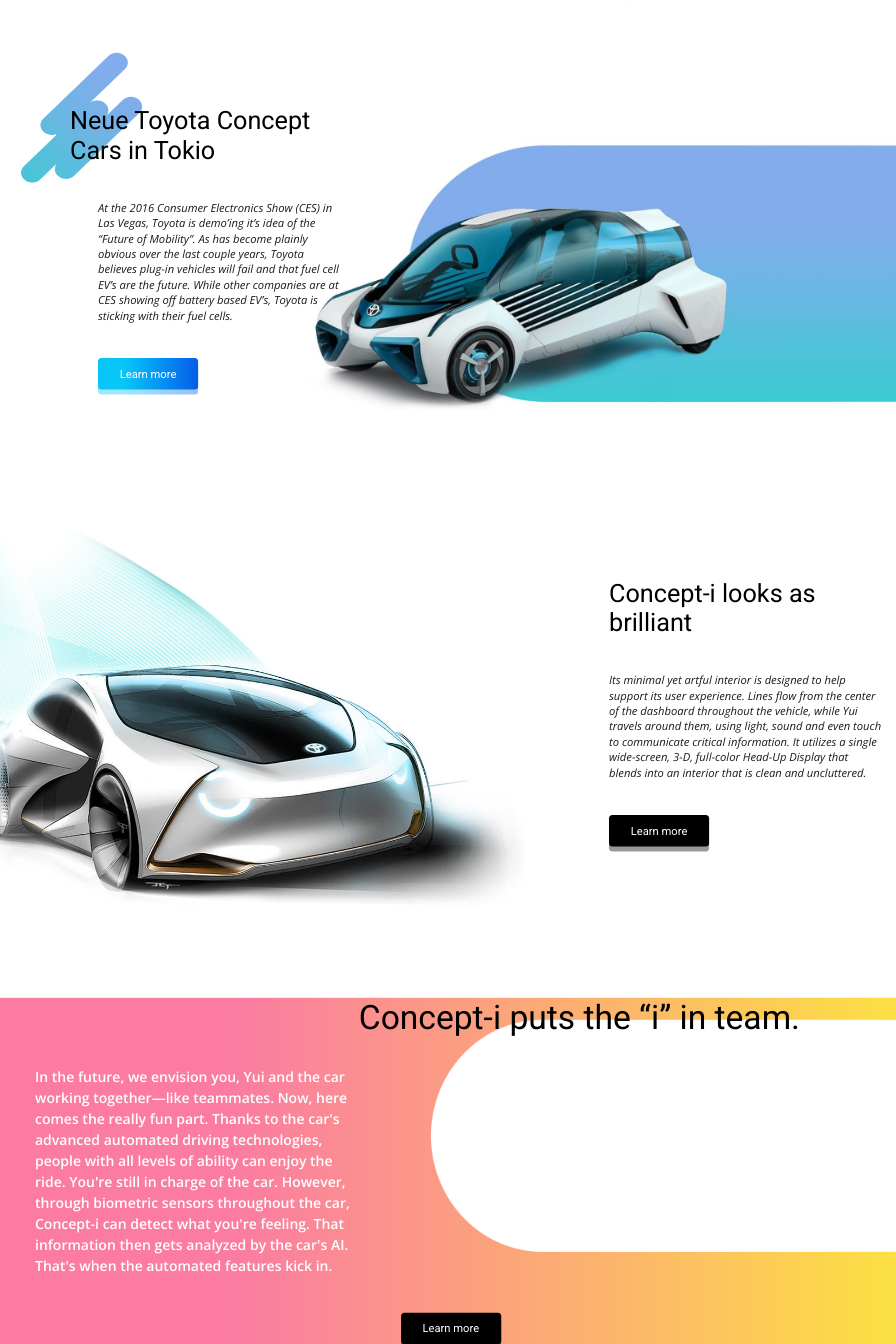
Repository: ThanhThn/Moto-Toyota
Page: index.html
An editor plug-in stored every save of this project. The page is shown before and after the next save, followed by the edit.
The browser window is 1280 px wide. The pictures show the part of the page from y = 1919 to 3839 px (the page is 3839 px tall), at 70% of full size.

Above is the page before, as saved 2022-07-07 13:08:46.

After the next save:
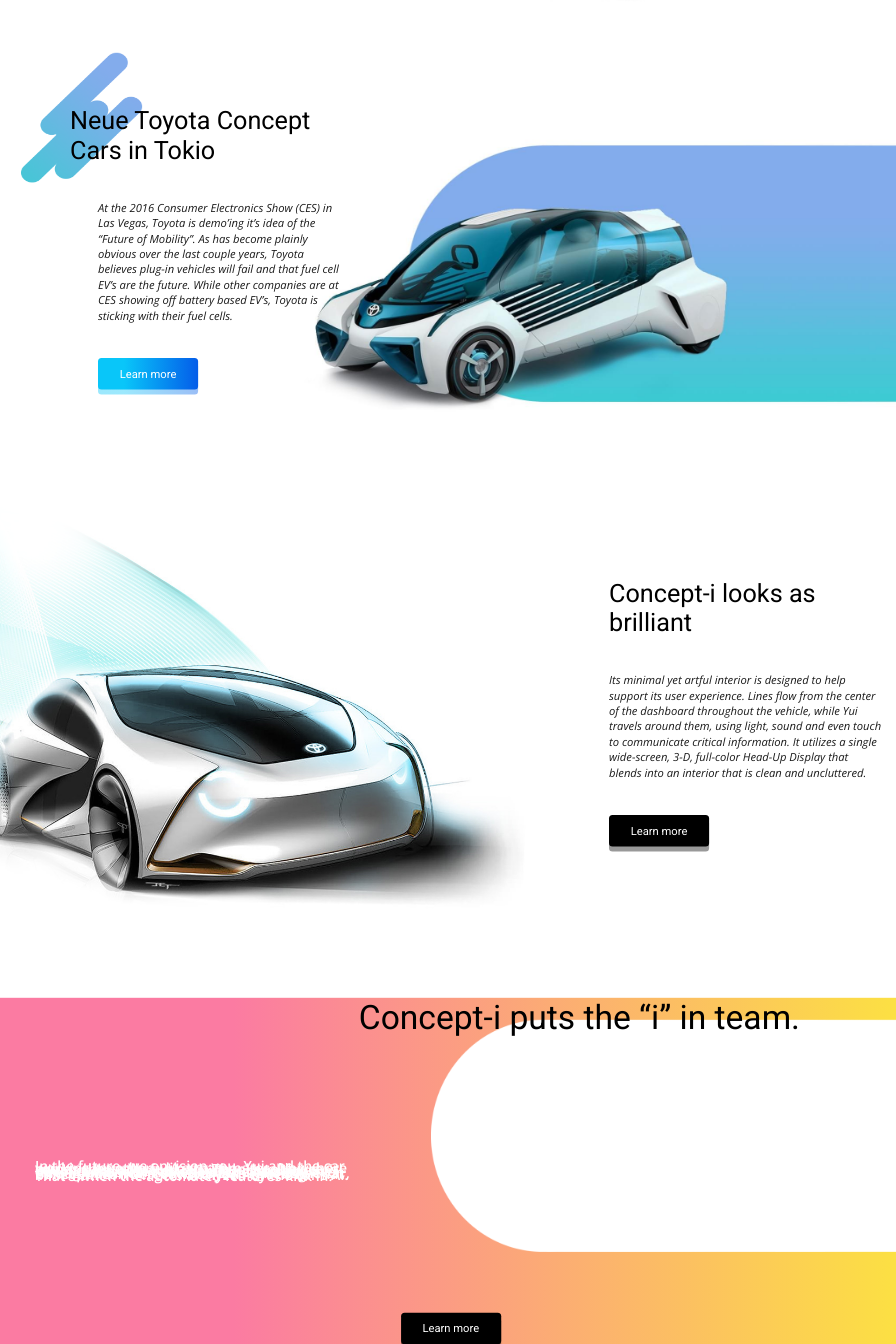
Saved 11 s later.
--- a/css/style.css
+++ b/css/style.css
@@ -269,7 +269,7 @@
     font-weight: 600 ;
     color: #fff;
     margin: auto 0 auto 50px;
-    line-height: 1.5;
+    line-height: 1.5px;
 }
 .i-team
 {
